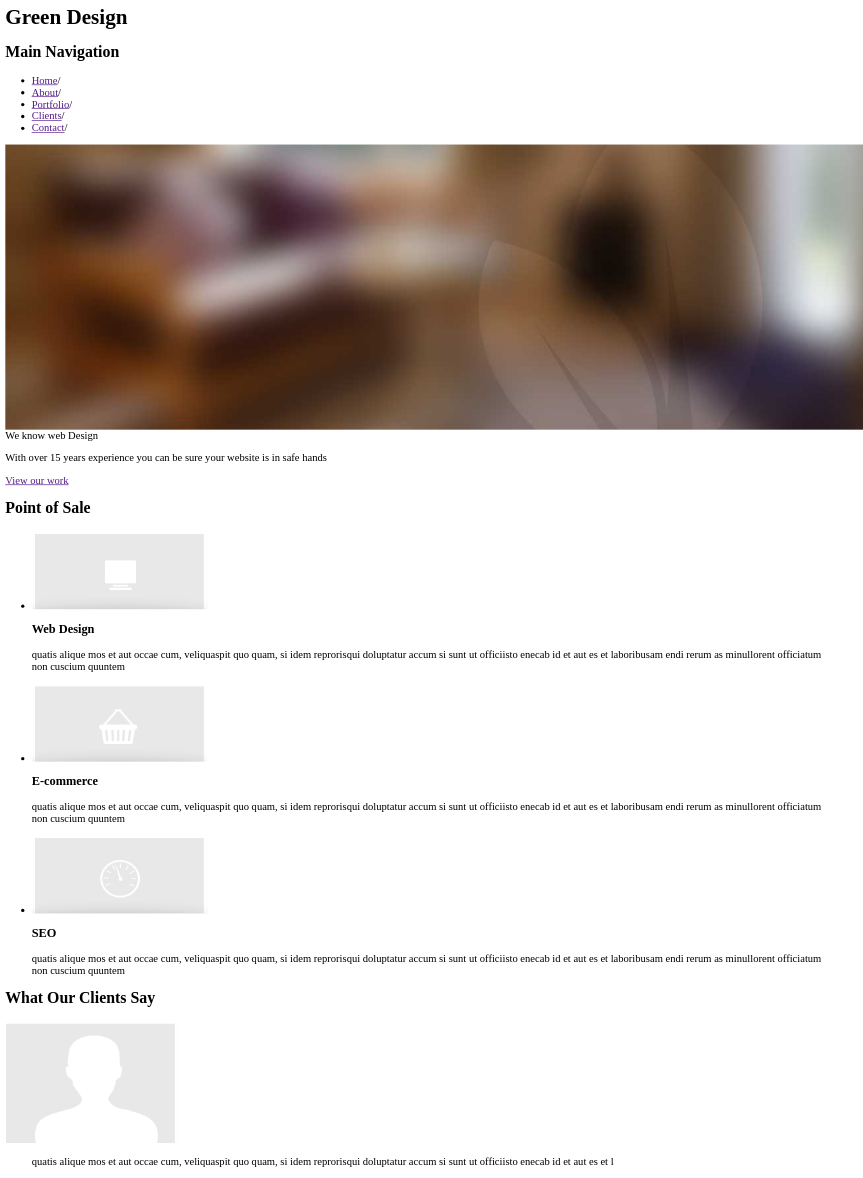
Repository: Piterwk1/psd-to-html
Page: website/index.html
The author's editor kept a copy of each file at every save. The page is drawn from the files as they stood at one save, then again after the next save.
The browser window is 1280 px wide. The page is 1308 px wide, so the pictures cover 1308 px, including what lies to the right of the window. The pictures show the whole page, at 66% of full size.

Above is the page before, as saved 2021-09-13 20:21:43.

### website/index.html
<html lang="en">

<head>
    <meta charset="UTF-8">
    <meta http-equiv="X-UA-Compatible" content="IE=edge">
    <meta name="viewport" content="width=device-width, initial-scale=1.0">
    <title>Green Design</title>
</head>

<body>
    <header>
        <div id="wrapper">
            <h1 id="logo">Green Design</h1>
            <nav>
                <h2>Main Navigation</h2>
                <ul>
                    <li><a href="">Home</a><span>/</span></li>
                    <li><a href="">About</a><span>/</span></li>
                    <li><a href="">Portfolio</a><span>/</span></li>
                    <li><a href="">Clients</a><span>/</span></li>
                    <li><a href="">Contact</a><span>/</span></li>
                </ul>
            </nav>
        </div>
    </header>
    <div id="lead-banner">
        <img src="images/Baner.jpg" alt="main banner">
        <div class="banner-overlay">
            <div class="wrapper">
                <div class="banner-title">We know web Design</div>
                <p>With over 15 years experience you can be sure your website is in safe hands</p>
                <a href="">View our work</a>
            </div>
        </div>
    </div>
    <div id="main-content">
        <section id="points-of-sale">
            <h2>Point of Sale</h2>
            <ul>
                <li>
                    <img src="images/cs1.png" alt="Web Design">
                    <h3>Web Design</h3>
                    <p>quatis alique mos et aut occae cum, veliquaspit quo quam, si idem reprorisqui doluptatur accum si
                        sunt ut officiisto enecab id et aut es et laboribusam endi rerum as minullorent officiatum non
                        cuscium quuntem</p>
                </li>
                <li>
                    <img src="images/cs2.png" alt="E-commerce">
                    <h3>E-commerce</h3>
                    <p>quatis alique mos et aut occae cum, veliquaspit quo quam, si idem reprorisqui doluptatur accum si
                        sunt ut officiisto enecab id et aut es et laboribusam endi rerum as minullorent officiatum non
                        cuscium quuntem</p>
                </li>
                <li>
                    <img src="images/cs3.png" alt="SEO">
                    <h3>SEO</h3>
                    <p>quatis alique mos et aut occae cum, veliquaspit quo quam, si idem reprorisqui doluptatur accum si
                        sunt ut officiisto enecab id et aut es et laboribusam endi rerum as minullorent officiatum non
                        cuscium quuntem</p>
                </li>
            </ul>
        </section>
        <section id="clients">
            <h2>What Our Clients Say</h2>
            <img src="images/head.png" alt="head">
            <!-- <img src="images/quotes.png" alt="quotes"> -->
            <blockquote>quatis alique mos et aut occae cum, veliquaspit quo quam, si idem reprorisqui doluptatur accum
                si sunt ut officiisto enecab id et aut es et l</blockquote>
        </section>
        <section></section>
    </div>
</body>

</html>

After the next save:
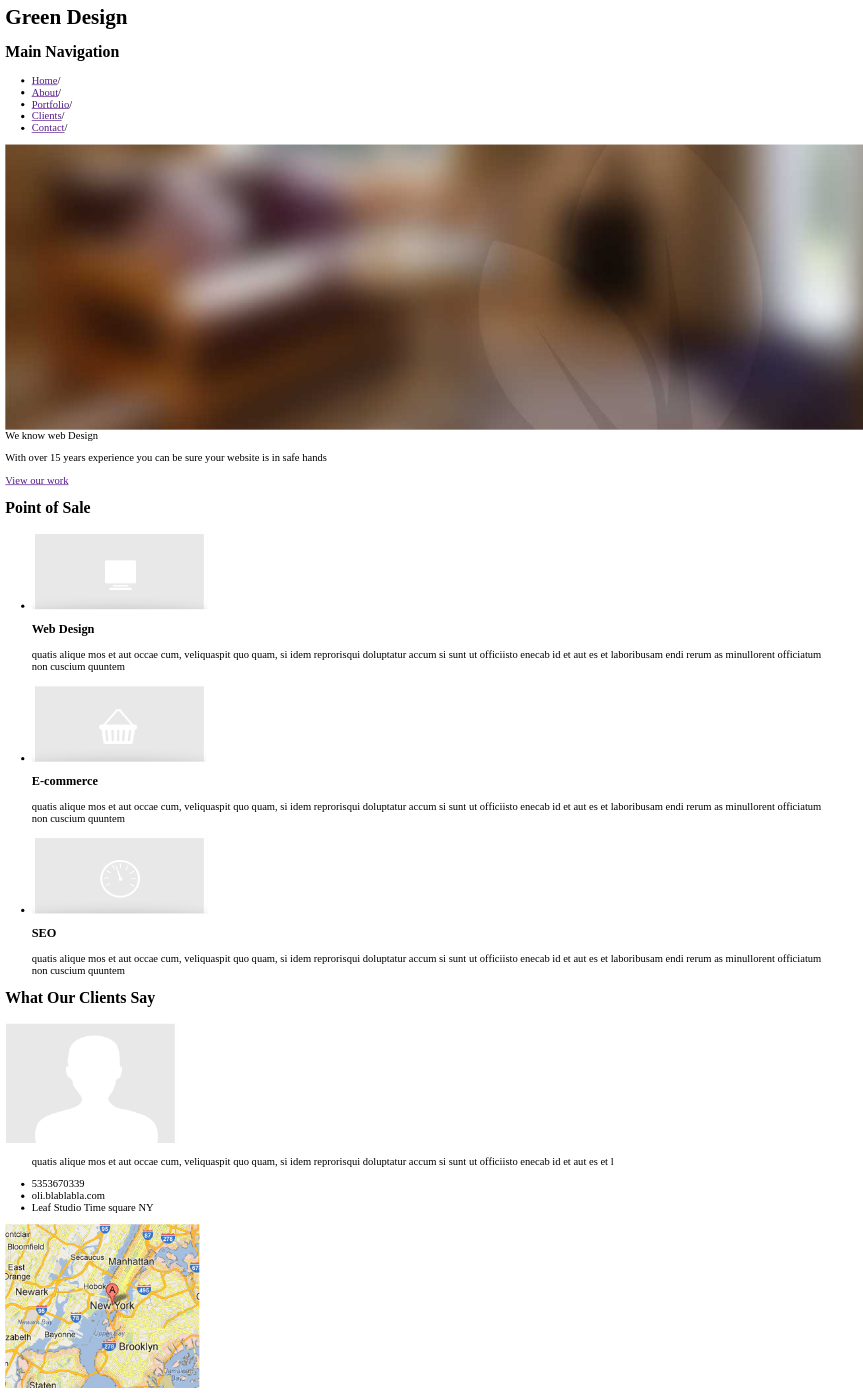
Saved 4 min 51 s later.
--- a/website/index.html
+++ b/website/index.html
@@ -67,7 +67,18 @@
             <blockquote>quatis alique mos et aut occae cum, veliquaspit quo quam, si idem reprorisqui doluptatur accum
                 si sunt ut officiisto enecab id et aut es et l</blockquote>
         </section>
-        <section></section>
+        <section id="contact">
+            <ul>
+                <li>5353670339</li>
+                <li>oli.blablabla.com</li>
+                <li>
+                    <span>Leaf Studio</span>
+                    <span>Time square</span>
+                    <span>NY</span>
+                </li>
+            </ul>
+            <img src="images/map.png" alt="map">
+        </section>
     </div>
 </body>
 
